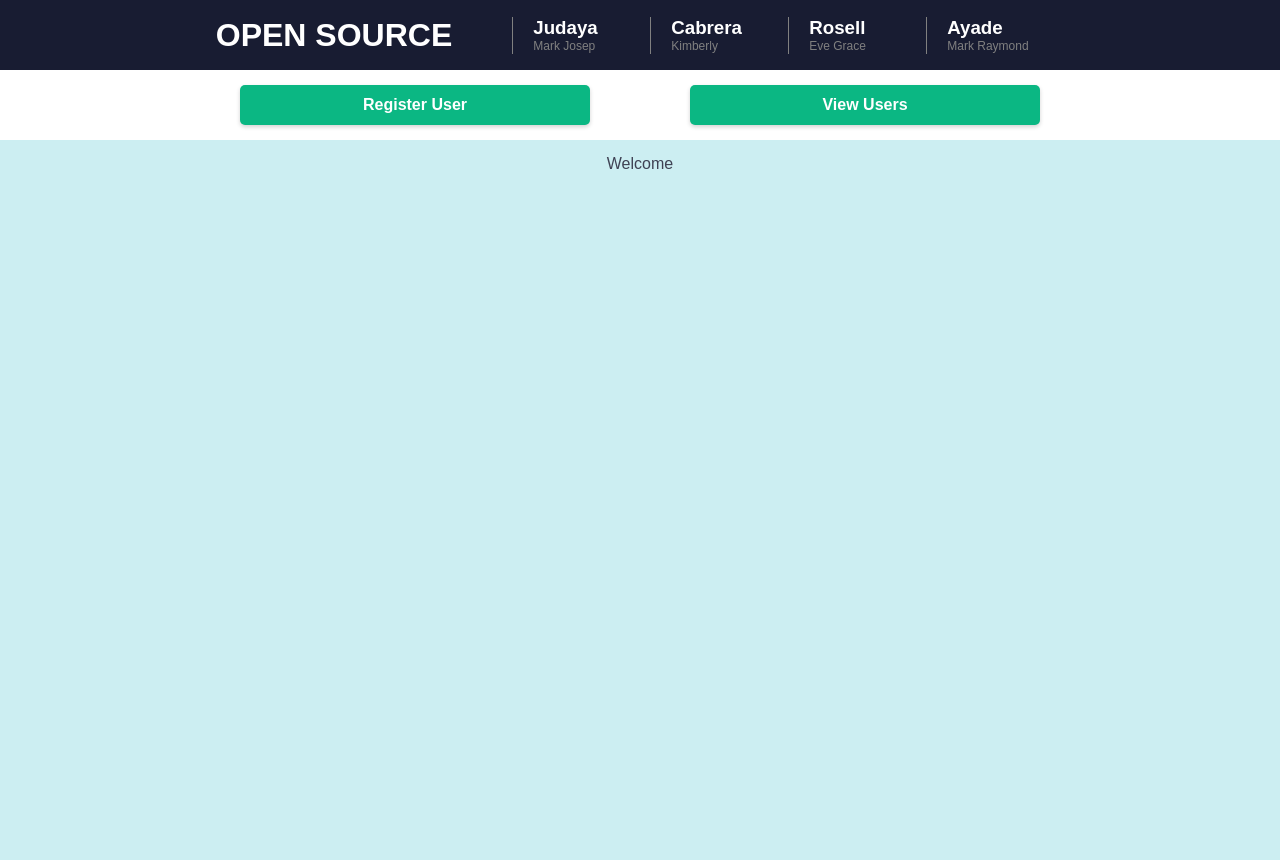
Repository: azkalonz/Int-Prog-2
Page: http://localhost/Int_Prog_2/?page=home
These files come from the project's save history. The page is drawn as it stood at one moment and after the next save; the edit follows.
The browser window is 1280 px wide. The pictures show the whole page.
The page is served by Tomcat 9. Other server files are loaded and not shown.

Above is the page before, as saved 2021-03-02 11:18:05.

### Int Prog 2/WebContent/index.jsp
<jsp:include page="/WEB-INF/layout/header.jsp"/>
Welcome
<jsp:include page="/WEB-INF/layout/footer.jsp"/>

### Int Prog 2/WebContent/WEB-INF/layout/header.jsp
<%@ page language="java" contentType="text/html; charset=ISO-8859-1"
	pageEncoding="ISO-8859-1"%>
<!DOCTYPE html>
<html>
<head>
<meta charset="ISO-8859-1">
<title>Register Employee</title>
<link rel="stylesheet" href="<%=request.getContextPath()%>/css/style.css"/>
</head>
<body>
<header>
        <div class="container">
            <h1>OPEN SOURCE</h1>
            <div class="namesCon">
                <div class="names">
                    <h3>Judaya</h3>
                    <span>Mark Josep</span>
                </div>
                <div class="names">
                    <h3>Cabrera</h3>
                    <span>Kimberly</span>
                </div>
                <div class="names">
                    <h3>Rosell</h3>
                    <span>Eve Grace</span>
                </div>
                <div class="names">
                    <h3>Ayade</h3>
                    <span>Mark Raymond</span>
                </div>
            </div>
        </div>
    </header>
    <div class="navCon">
        <div class="container">
            <div class="button">
                <a href="<%=request.getContextPath()%>/register">Register User</a>
            </div>
            <div class="button">
                <a href="<%=request.getContextPath()%>/employee">View Users</a>
            </div>
        </div>
    </div>

    <div class="thecontent">

### Int Prog 2/WebContent/css/style.css
* {
  margin: 0;
  padding: 0;
  box-sizing: border-box;
  font-family: "Poppins", sans-serif;
  color: rgb(63, 66, 84);
}

header {
  width: 100%;
  height: 70px;
  background: rgb(24, 28, 50);
  display: flex;
  align-items: center;
  justify-content: center;
}

header .container {
  width: 1024px;
  display: flex;
  justify-content: center;
}

header .container h1 {
  color: white;
  margin-right: 20px;
}

header .container .namesCon {
  display: flex;
  margin-left: 40px;
}

.container .namesCon .names {
  width: 130px;
  display: flex;
  flex-direction: column;
  margin-right: 8px;
  border-left: 1px solid gray;
  padding-left: 20px;
}

.namesCon .names h3 {
  color: white;
}

.namesCon .names span {
  font-size: 12px;
  color: gray;
}

.navCon {
  width: 100%;
  height: 70px;
  background: white;
  display: flex;
  align-items: center;
  justify-content: center;
  padding: 20px 0;
}

.navCon .container {
  width: 1024px;
  display: flex;
  align-items: center;
  justify-content: center;
}

.navCon .container .button {
  width: 350px;
  height: 40px;
  margin: 0 50px;
  cursor: pointer;
  border: none;
  border-radius: 5px;
  background: rgb(11, 183, 131);
  font-weight: bold;
  box-shadow: 0 2px 4px lightgray;
  display: flex;
  justify-content: center;
  align-items: center;
}

.navCon .container .button a {
  text-decoration: none;
  color: white;
}

.thecontent {
  width: 100%;
  height: 100vh;
  display: flex;
  justify-content: center;
  padding: 15px 0;
  background: rgb(204, 238, 242);
}

.formCon {
  display: flex;
  align-items: center;
  justify-content: center;
  width: 1024px;
  height: 700px;
  background: white;
  padding-top: 15px;
  border-radius: 15px;
}
.inputCon {
  width: 370px;
  height: 80px;
  display: flex;
  flex-direction: column;
}

.inputCon span {
  margin-right: 10px;
  font-size: 15px;
}

.inputCon input {
  height: 40px;
  padding-left: 7px;
  border: 1px solid gray;
  border-radius: 5px;
}

.formCon button {
  width: 200px;
  height: 70px;
  float: right;
  border: none;
  border-radius: 4px;
  background: rgb(11, 183, 131);
  color: white;
  font-weight: bold;
  box-shadow: 0 2px 4px lightgray;
}

.thecontent .tableCon {
  background: white;
  width: 1024px;
  height: 800px;
  display: flex;
  justify-content: flex-start;
  padding-top: 18px;
  align-items: center;
  flex-direction: column;
  border-radius: 15px;
}

.tableCon table {
  width: 800px;
}

.tableCon table th {
  text-align: left;
}

Loaded but not shown: Int Prog 2/WebContent/WEB-INF/layout/footer.jsp (common file)

After the next save:
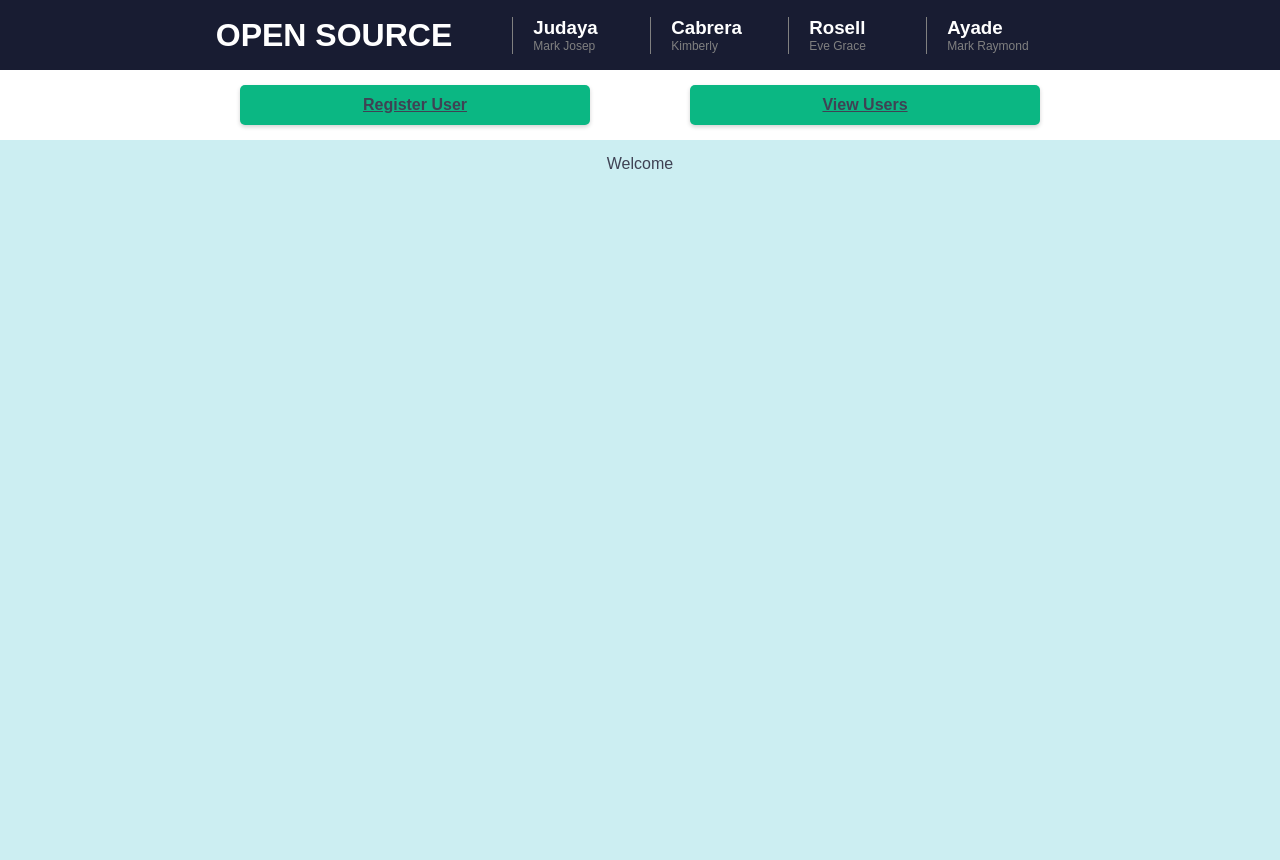
Saved 46 s later.
--- a/Int Prog 2/WebContent/WEB-INF/layout/header.jsp
+++ b/Int Prog 2/WebContent/WEB-INF/layout/header.jsp
@@ -33,12 +33,8 @@
     </header>
     <div class="navCon">
         <div class="container">
-            <div class="button">
-                <a href="<%=request.getContextPath()%>/register">Register User</a>
-            </div>
-            <div class="button">
-                <a href="<%=request.getContextPath()%>/employee">View Users</a>
-            </div>
+            <a class="button" href="<%=request.getContextPath()%>/register">Register User</a>
+            <a class="button" href="<%=request.getContextPath()%>/employee">View Users</a>
         </div>
     </div>
 

After the save that followed:
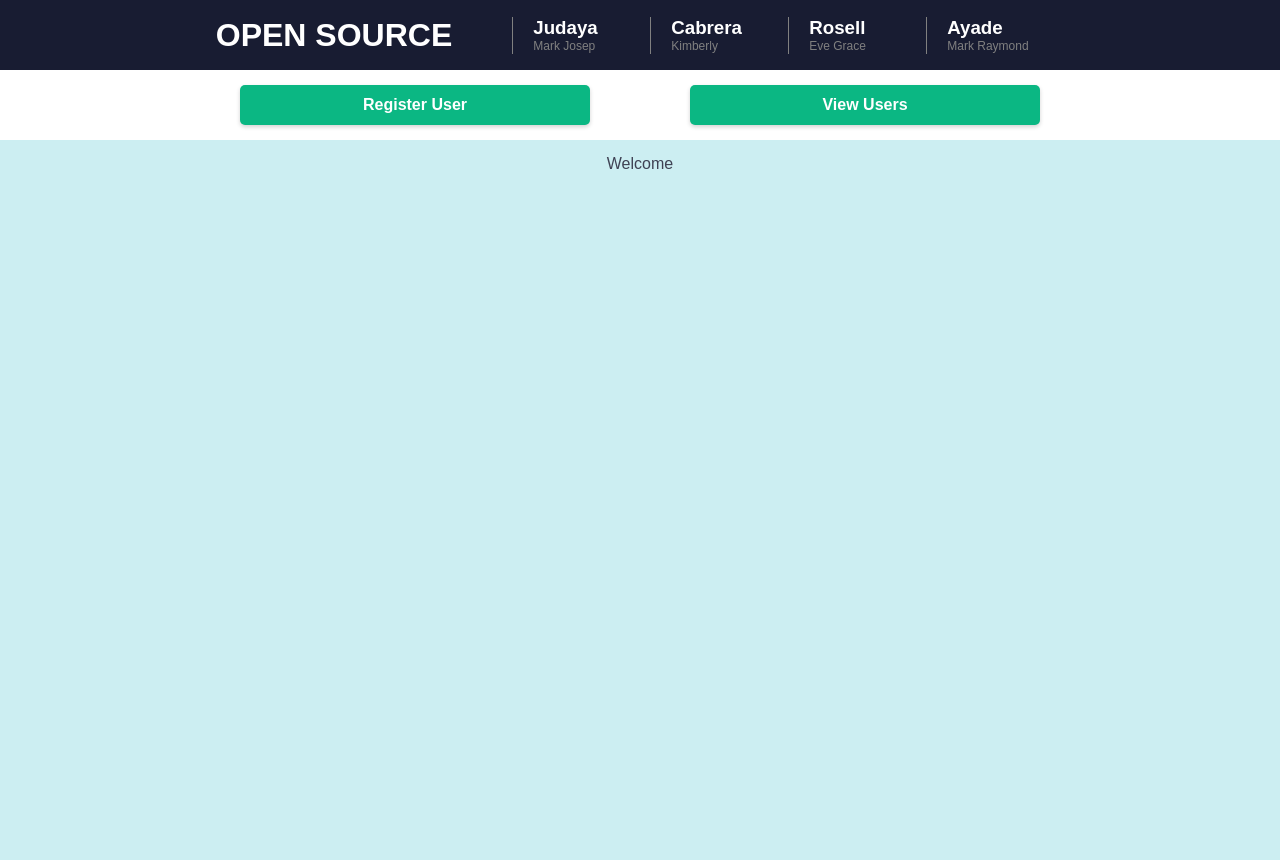
Saved 18 s later.
--- a/Int Prog 2/WebContent/css/style.css
+++ b/Int Prog 2/WebContent/css/style.css
@@ -79,6 +79,8 @@ header .container .namesCon {
   display: flex;
   justify-content: center;
   align-items: center;
+  color: #fff;
+  text-decoration: none;
 }
 
 .navCon .container .button a {
